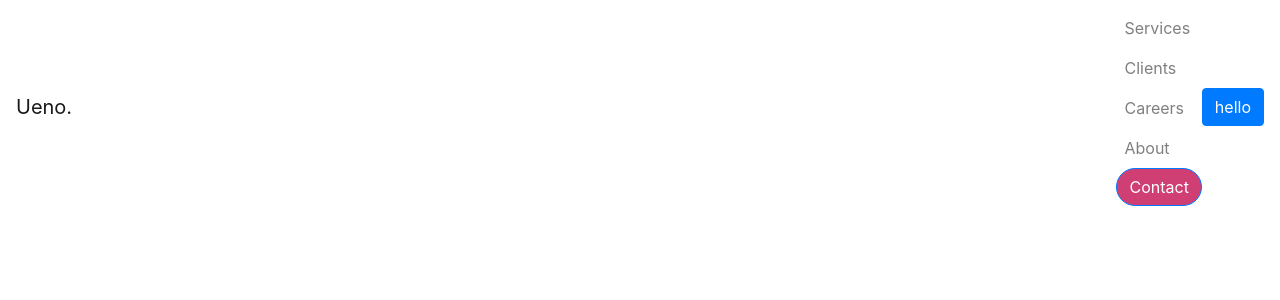
Repository: DeepaPrasanna/UenoClone
Page: /
An editor plug-in stored every save of this project. The page is shown before and after the next save, followed by the edit.
The browser window is 1280 px wide. The pictures show the whole page.
The project was rebuilt for these pictures with package versions that can differ from the ones it lists, and the page was loaded fresh each time.

Above is the page before, as saved 2021-05-03 01:23:54.

After the next save:
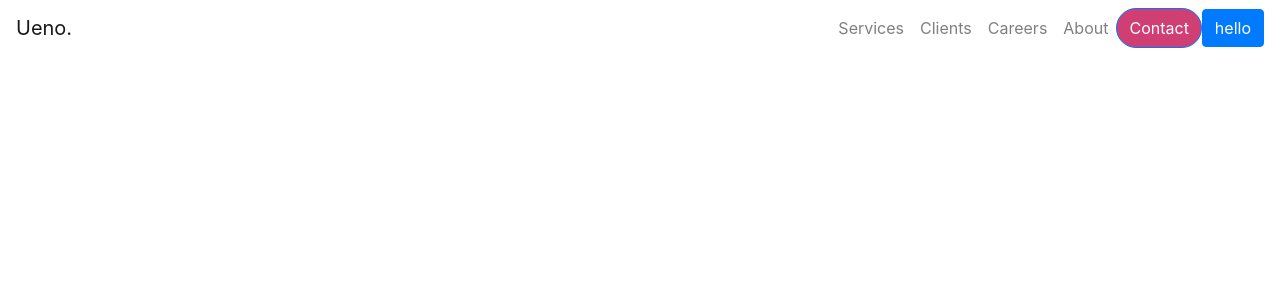
Saved 12 s later.
--- a/src/components/Header.js
+++ b/src/components/Header.js
@@ -9,7 +9,7 @@
 
         <Navbar.Toggle aria-controls="basic-navbar-nav" />
         <Navbar.Collapse id="basic-navbar-nav ">
-          <Nav className="ml-auto d-none  d-md-block">
+          <Nav className="ml-auto">
             <Nav.Link href="#home">Services</Nav.Link>
             <Nav.Link href="#link">Clients</Nav.Link>
             <Nav.Link href="#link">Careers</Nav.Link>
